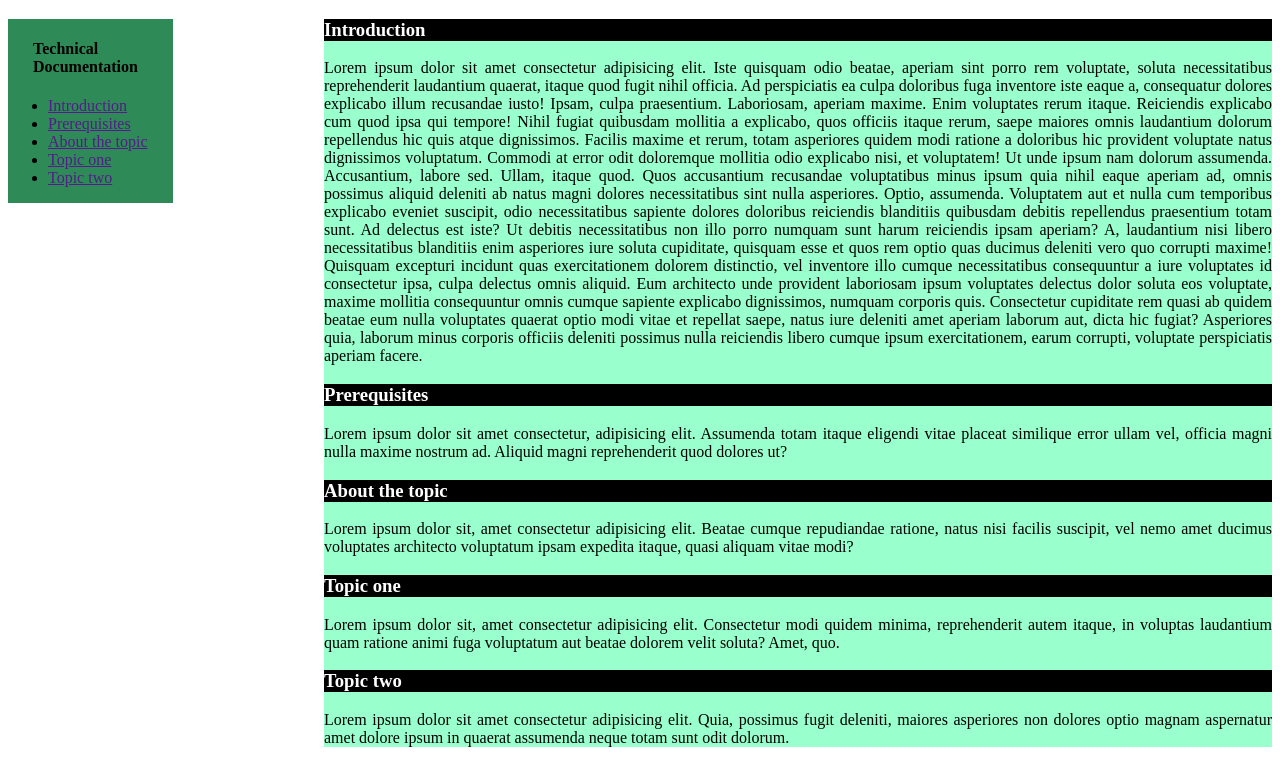
Repository: JoaoLemesDEV/Excercise-Tech-Documentation-Page
Page: index.html
An editor plug-in stored every save of this project. The page is shown before and after a run of saves, followed by the edit.
The browser window is 1280 px wide. The pictures show the whole page.

Above is the page before, as saved 2021-10-03 20:09:23.

After the next 2 saves:
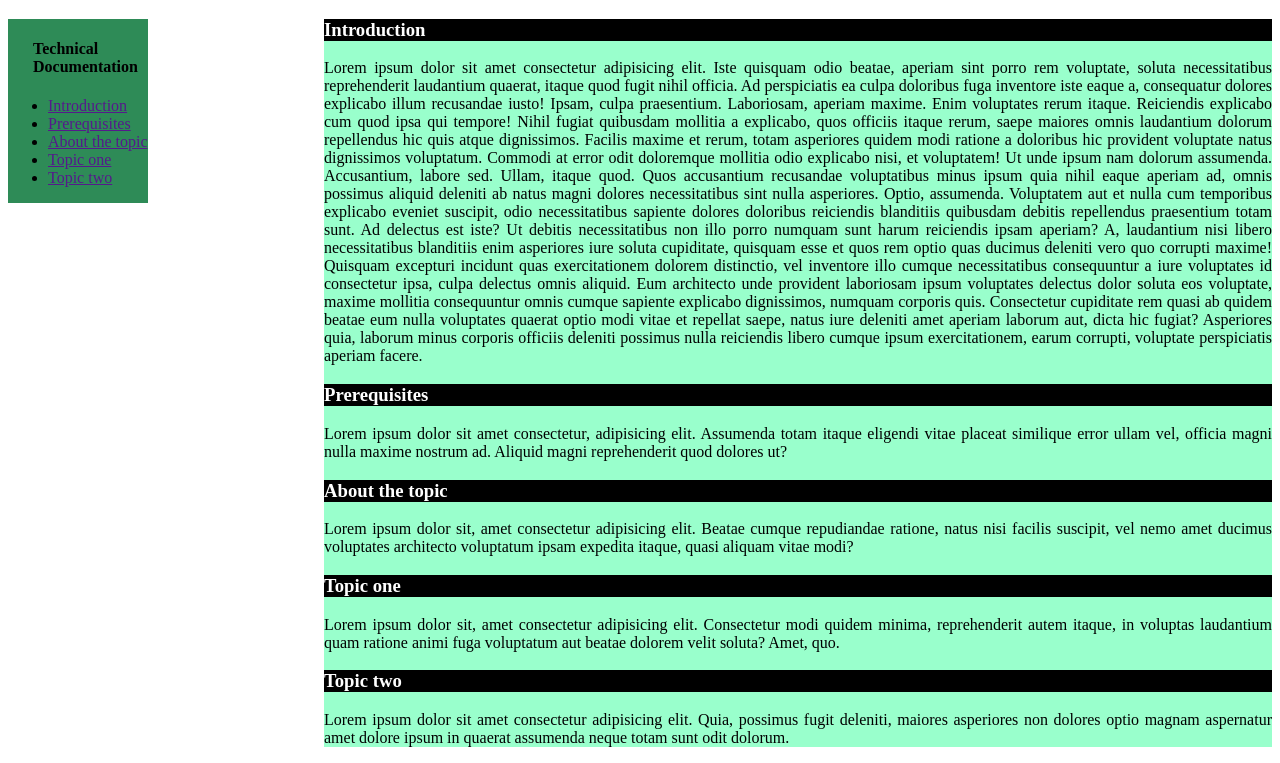
The 2 saves are shown as one change because they came seconds apart.
The last was saved 50 s later.
--- a/index.css
+++ b/index.css
@@ -1,7 +1,7 @@
 #menu{
 float: left;
 background-color: seagreen;
-width: 165px;
+margin
 }
 
 #menu h4{
